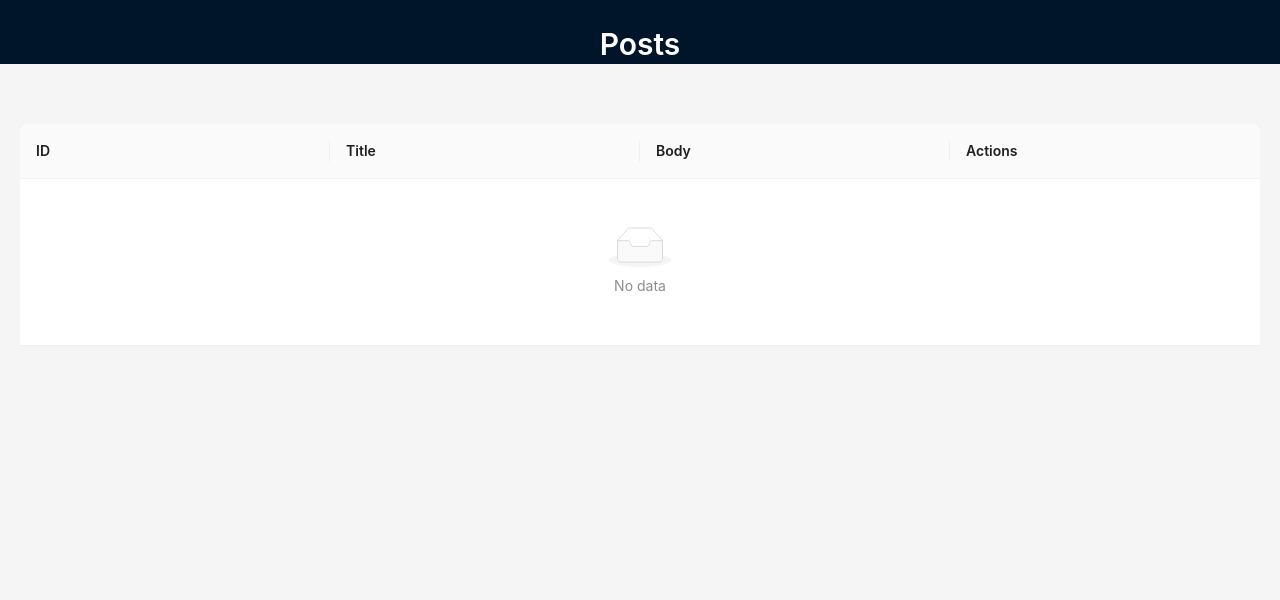
Repository: yasserrrz/Denamo-posts
Page: /
An editor plug-in stored every save of this project. The page is shown before and after a run of saves, followed by the edit.
The browser window is 1280 px wide. The pictures show the whole page.
The page's requests for data from a server got no answer. The project was rebuilt for these pictures with package versions that can differ from the ones it lists, and the page was loaded fresh each time. No one was signed in, and anything a server would have sent is missing.

Above is the page before, as saved 2024-11-28 11:28:17.

### src/App.tsx
import React from 'react';
import { Layout, Typography } from 'antd';
import DataTable from './components/DataTable';
// import AddPostForm from './components/AddPostForm';
import './App.css';
const { Header, Content } = Layout;
const { Title } = Typography;

const App: React.FC = () => {
  return (
    <Layout style={{ minHeight: '100vh' }}>
      <Header style={{ color: 'white', textAlign: 'center' }}>
        <Title level={2} style={{ color: 'white' }}>
          Posts
        </Title>
      </Header>

      <Content style={{ padding: '20px' }}>
        {/* <AddPostForm /> */}
        <div style={{ marginTop: '40px' }}>
          <DataTable />
        </div>
      </Content>
    </Layout>
  );
};

export default App;

### src/components/DataTable.tsx
import React, { useEffect, useState } from 'react';
import { Table, Button, Modal, Form, Input, notification } from 'antd';
import axios from 'axios';
import { Post } from '../types/Post';

const DataTable: React.FC = () => {
  const [posts, setPosts] = useState<Post[]>([]);
  const [loading, setLoading] = useState<boolean>(true);
  const [editingPost, setEditingPost] = useState<Post | null>(null);
  const [isModalOpen, setIsModalOpen] = useState<boolean>(false);
  const [deleteModalOpen, setDeleteModalOpen] = useState<boolean>(false);

  useEffect(() => {
    const fetchData = async () => {
      setLoading(true);
      try {
        const response = await axios.get<Post[]>('https://jsonplaceholder.typicode.com/posts');
        setPosts(response.data);
      } catch (error) {
        console.log(error);
      } finally {
        setLoading(false);
      }
    };

    fetchData();
  }, []);

  const handleEdit = (post: Post) => {
    setEditingPost(post);
    setIsModalOpen(true);
  };

  const handleUpdatePost = async (values: Omit<Post, 'id'>) => {
    if (!editingPost) return;

    try {
      const response = await axios.put<Post>(
        `https://jsonplaceholder.typicode.com/posts/${editingPost.id}`,
        values
      );
      setPosts((prev) =>
        prev.map((post) => (post.id === editingPost.id ? { ...post, ...response.data } : post))
      );
      notification.success({
        message: 'Post Updated',
        description: `Post with ID ${editingPost.id} was updated successfully.`,
      });
    } catch (error) {
      notification.error({
        message: 'Error',
        description: 'Failed to update the post.',
      });
    } finally {
      setIsModalOpen(false);
      setEditingPost(null);
    }
  };

  const handleDelete = async (id: number) => {
    try {
      await axios.delete(`https://jsonplaceholder.typicode.com/posts/${id}`);
      setPosts((prev) => prev.filter((post) => post.id !== id));
      notification.success({
        message: 'Post Deleted',
        description: `Post with ID ${id} was deleted successfully.`,
      });
    } catch (error) {
      notification.error({
        message: 'Error',
        description: 'Failed to delete the post.',
      });
    }
    setDeleteModalOpen(false);
  };

  const columns = [
    {
      title: 'ID',
      dataIndex: 'id',
      key: 'id',
    },
    {
      title: 'Title',
      dataIndex: 'title',
      key: 'title',
    },
    {
      title: 'Body',
      dataIndex: 'body',
      key: 'body',
    },
    {
      title: 'Actions',
      key: 'actions',
      render: (text: any, record: Post) => (
        <div style={{ display: 'flex', gap: '10px', justifyContent: 'center' }}>
          <Button type="link" onClick={() => handleEdit(record)}>
            Edit
          </Button>
          <Button type="link" danger onClick={() => {
            setEditingPost(record);
            setDeleteModalOpen(true);
          }}>
            Delete
          </Button>
        </div>
      ),
    },
  ];

  return (
    <>
      <Table
        dataSource={posts}
        columns={columns}
        rowKey="id"
        loading={loading}
        scroll={{ y: "calc(100vh - 250px)",  x: 700}}
        pagination={{ pageSize: 10 }}
      />

      {/* Edit Modal */}
      <Modal
        title="Edit Post"
        open={isModalOpen}
        onCancel={() => setIsModalOpen(false)}
        footer={null}
        style={{maxWidth: 800}}
        centered
      >
        <Form
          initialValues={{ title: editingPost?.title, body: editingPost?.body }}
          onFinish={handleUpdatePost}
          layout="vertical"
        >
          <Form.Item
            name="title"
            label="Title"
            rules={[{ required: true, message: 'Please input the title!' }]}

          >
            <Input placeholder="Enter post title" />
          </Form.Item>
          <Form.Item
            name="body"
            label="Body"
            rules={[{ required: true, message: 'Please input the body!' }]}
          >
            <Input.TextArea rows={4} placeholder="Enter post body" />
          </Form.Item>
          <Form.Item style={{ textAlign: 'center' , display: 'flex', justifyContent: 'flex-end' }}>
            <Button type="default"  htmlType="submit">
              Update Post
            </Button>
          </Form.Item>
        </Form>
      </Modal>

      {/* Delete Modal */}
      <Modal
        title="Delete Post"
        open={deleteModalOpen}
        onCancel={() => setDeleteModalOpen(false)}
        footer={null}
        style={{ maxWidth: 500 }}
        centered
      >
        <p>Are you sure you want to delete this post?</p>
        <div style={{ display: 'flex', gap: '10px', justifyContent: "flex-end" }}>
          <button className='delete-btn' onClick={() => handleDelete(editingPost?.id || 0)}>
            Yes
          </button>
          <button  className='cancel' onClick={() => setDeleteModalOpen(false)}>No</button>
        </div>
      </Modal>
    </>
  );
};

export default DataTable;

### src/App.css
.cancel{
  color: #000000e0;
  background-color: #fff;
  border: 1px solid #000000e0;
  border-radius: 8px;
  padding: 8px 15px;
  cursor: pointer;
  transition: all 0.15s ease-in-out;
}

.cancel:hover{
  background-color: #000000e0;
  color: #fff;
}

.delete-btn{
  color: #fff;
  background-color: #ff4d4f;
  border: 1px solid #ff4d4f;
  border-radius: 8px;
  padding: 8px 15px;
  cursor: pointer;
  transition: all 0.15s ease-in-out;
}

.delete-btn:hover{
  background-color: #fff;
  color: #ff4d4f;
  border: 1px solid #ff4d4f;
}

.ant-table-body {
  scrollbar-width: thin;
  scrollbar-color: #888 #f5f5f5;
}

### src/components/PostForm.tsx
import React, { useState } from "react";
import { Form, Input, Button, notification } from "antd";
import axios from "axios";
import { Post } from "../types/Post";

const PostForm: React.FC = () => {
  const [loading, setLoading] = useState<boolean>(false);

  const handleFormSubmit = async (values: Omit<Post, "id">) => {
    setLoading(true);
    try {
      const response = await axios.post<Post>(
        "https://jsonplaceholder.typicode.com/posts",
        values
      );
      notification.success({
        message: "Post Added",
        description: `Post titled "${response.data.title}" was added successfully.`,
      });
    } catch (error) {
      notification.error({
        message: "Error",
        description: "Failed to add the post.",

      } );
    } finally {
      setLoading(false);
    }
  };

  return (
    <Form layout="vertical" onFinish={handleFormSubmit}>
      <Form.Item
        name="title"
        label="Title"
        rules={[{ required: true, message: "Please input the title!" }]}
      >
        <Input placeholder="Enter post title" />
      </Form.Item>
      <Form.Item
        name="body"
        label="Body"
        rules={[{ required: true, message: "Please input the body!" }]}
      >
        <Input.TextArea rows={4} placeholder="Enter post body" />
      </Form.Item>
      <Form.Item>
        <Button type="primary" htmlType="submit" loading={loading}>
          Add Post
        </Button>
      </Form.Item>
    </Form>
  );
};

export default PostForm;

Loaded but not shown: public/index.html (common file); src/index.tsx (common file); src/index.css (common file); src/reportWebVitals.ts (common file)

After the next 5 saves:
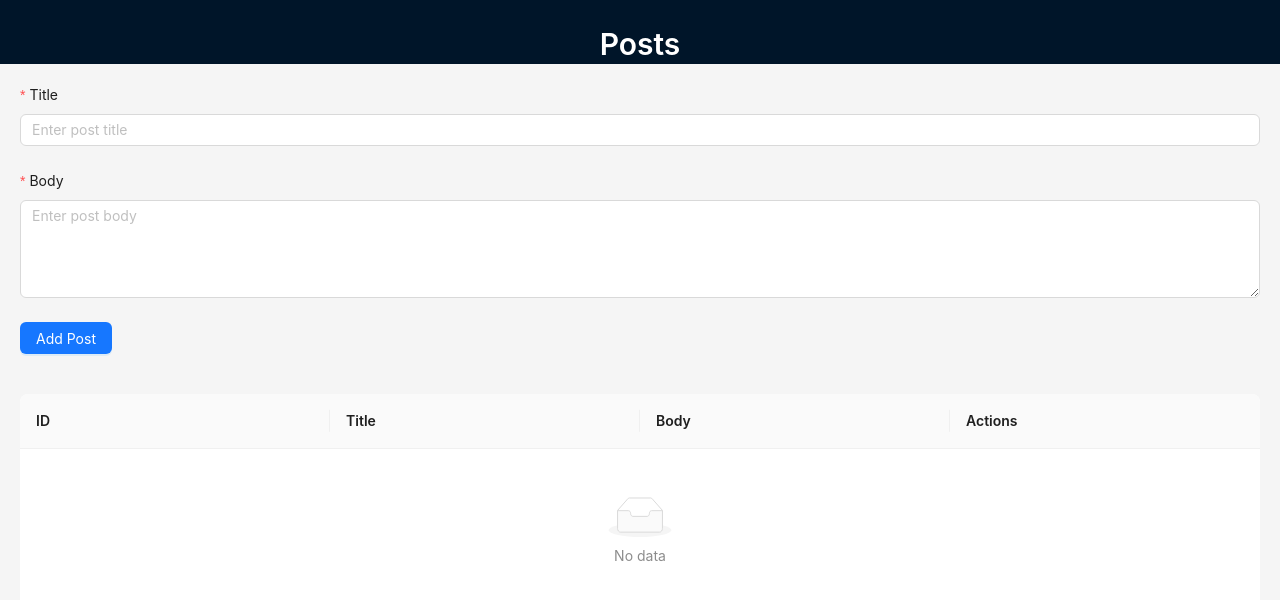
The 5 saves are shown as one change because 1 did not build or start and some came seconds apart.
The last was saved 27 s later.
--- a/src/App.tsx
+++ b/src/App.tsx
@@ -3,6 +3,7 @@
 import DataTable from './components/DataTable';
 // import AddPostForm from './components/AddPostForm';
 import './App.css';
+import PostForm from './components/PostForm';
 const { Header, Content } = Layout;
 const { Title } = Typography;
 
@@ -16,7 +17,7 @@
       </Header>
 
       <Content style={{ padding: '20px' }}>
-        {/* <AddPostForm /> */}
+        <PostForm />
         <div style={{ marginTop: '40px' }}>
           <DataTable />
         </div>

After the 5 saves that followed:
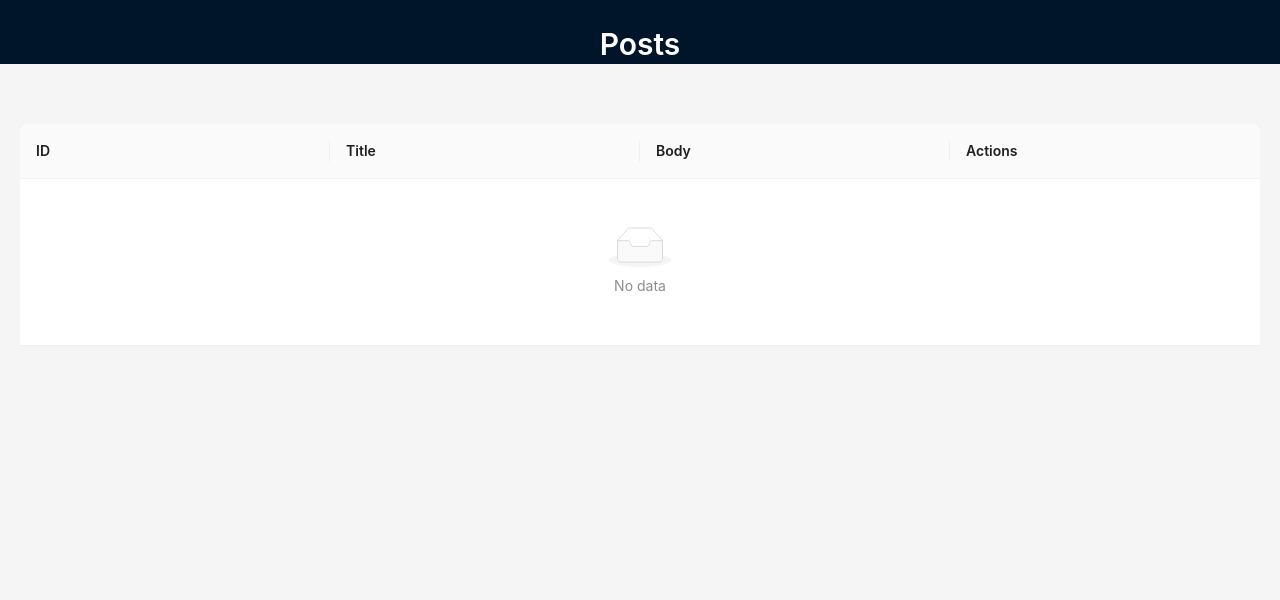
The 5 saves are shown as one change because 1 left the picture as it was and some came seconds apart.
The last was saved 106 s later.
--- a/src/App.tsx
+++ b/src/App.tsx
@@ -17,7 +17,7 @@
       </Header>
 
       <Content style={{ padding: '20px' }}>
-        <PostForm />
+         <div style={{ marginBottom: '20px' }}></div>
         <div style={{ marginTop: '40px' }}>
           <DataTable />
         </div>
